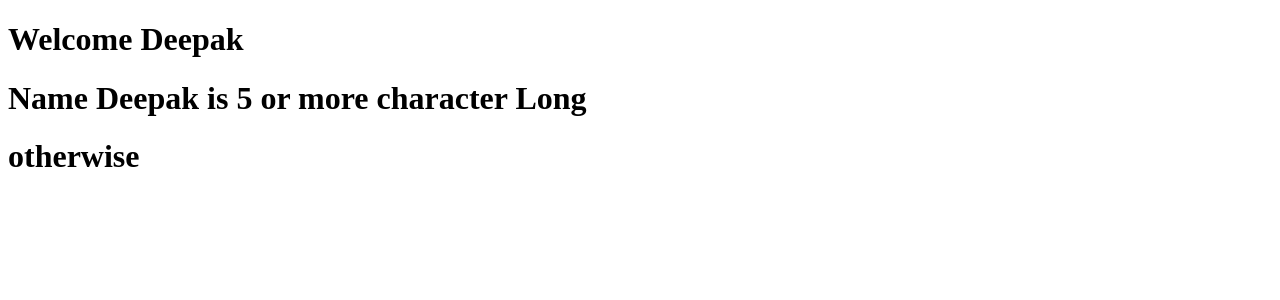
Repository: bhatideepak599/JspServlets
Page: http://localhost/05-java-jstl-tag-demo/jstl-tags-demo.jsp
An editor plug-in stored every save of this project. The page is shown before and after the next save, followed by the edit.
The browser window is 1280 px wide. The pictures show the whole page.
The page is served by Tomcat 9.

Above is the page before, as saved 2024-07-15 10:18:12.

After the next save:
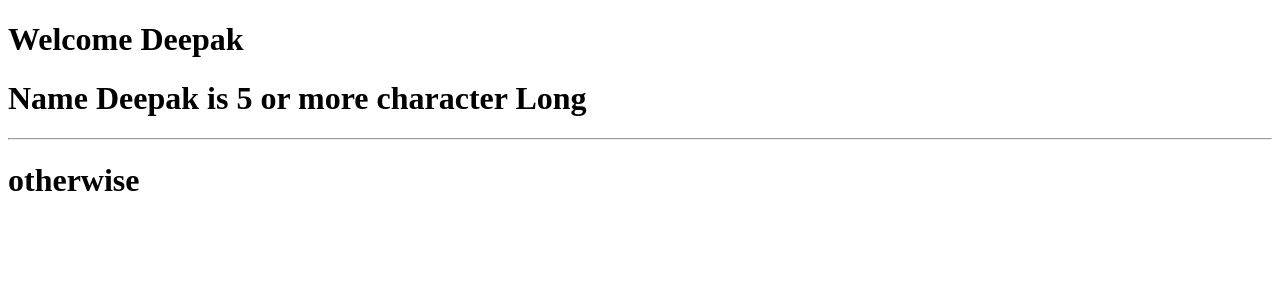
Saved 117 s later.
--- a/05-java-jstl-tag-demo/WebContent/jstl-tags-demo.jsp
+++ b/05-java-jstl-tag-demo/WebContent/jstl-tags-demo.jsp
@@ -1,5 +1,5 @@
 <%@ page language="java" contentType="text/html; charset=ISO-8859-1"
-    pageEncoding="ISO-8859-1"%>
+	pageEncoding="ISO-8859-1"%>
 <%@ taglib uri="http://java.sun.com/jsp/jstl/core" prefix="c"%>
 <%@ taglib uri="http://java.sun.com/jsp/jstl/functions" prefix="fn"%>
 
@@ -18,17 +18,19 @@
 	<c:if test="${name.length()>=5 }">
 		<h1>Name ${name} is 5 or more character Long</h1>
 	</c:if>
-
+<hr>
 	<c:choose>
 		<c:when test="${name.length()>13 }">
 			<h1>Deepak</h1>
+
 		</c:when>
 		<c:when test="${name.length()>15 }">
 			<h1>Bhati</h1>
-			</c:when>
+			<hr>
+		</c:when>
 		<c:when test="${name.length()>6 }">
 			<h1>6</h1>
-			</c:when>
+		</c:when>
 		<c:otherwise>
 			<h1>otherwise</h1>
 		</c:otherwise>
